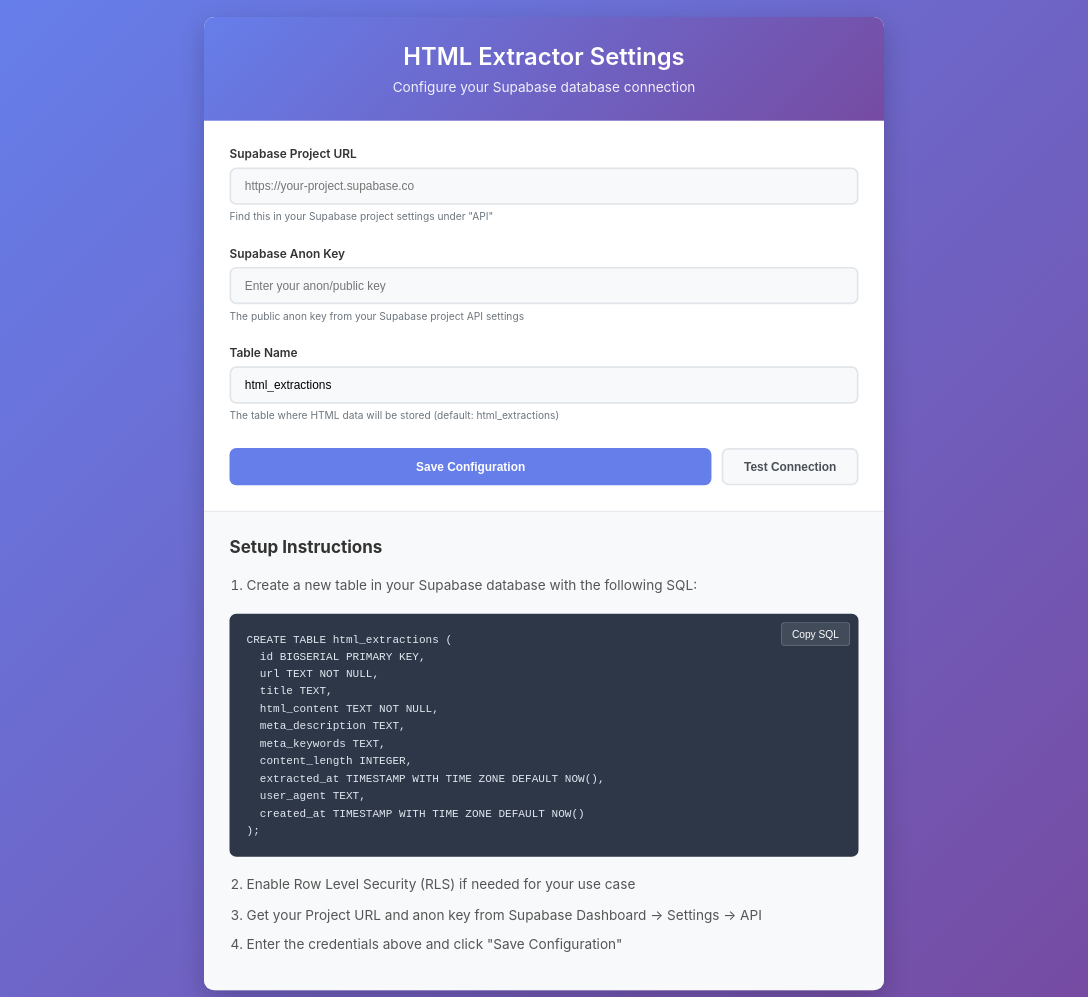
Repository: armanisadeghi/matrx-chrome
Page: options/options.html
The author's editor kept a copy of each file at every save. The page is drawn from the files as they stood at one save, then again after the next save.
The browser window is 1280 px wide. The pictures show the whole page, at 85% of full size.

Above is the page before, as saved 2025-05-30 23:40:04.

After the next save:
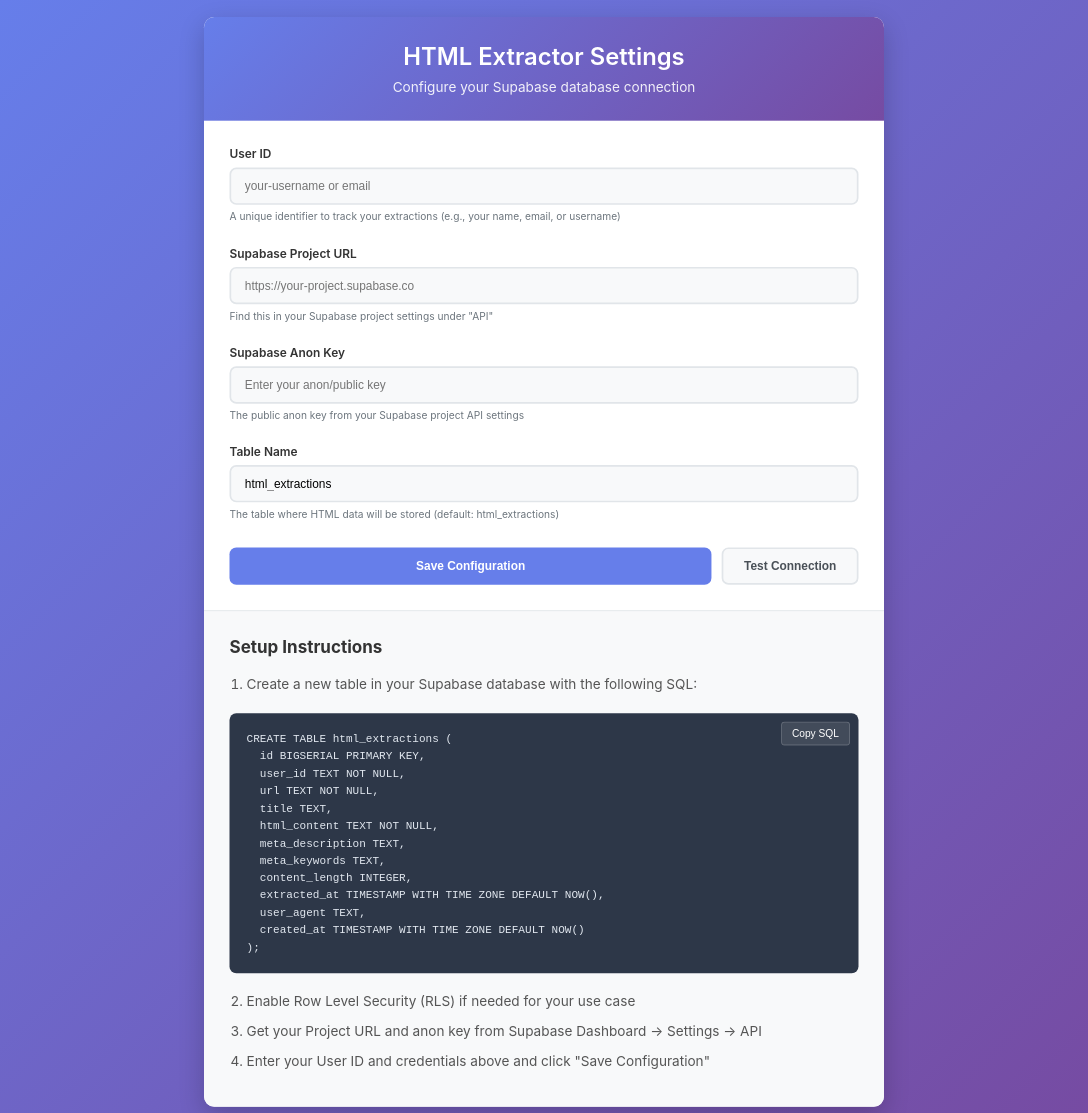
Saved 2 min 52 s later.
--- a/options/options.html
+++ b/options/options.html
@@ -14,6 +14,19 @@
         </div>
 
         <form id="settingsForm" class="settings-form">
+            <div class="form-group">
+                <label for="userId">User ID</label>
+                <input
+                    type="text"
+                    id="userId"
+                    placeholder="your-username or email"
+                    required
+                >
+                <small class="help-text">
+                    A unique identifier to track your extractions (e.g., your name, email, or username)
+                </small>
+            </div>
+
             <div class="form-group">
                 <label for="supabaseUrl">Supabase Project URL</label>
                 <input
@@ -72,6 +85,7 @@
             <div class="code-block">
                 <pre><code>CREATE TABLE html_extractions (
   id BIGSERIAL PRIMARY KEY,
+  user_id TEXT NOT NULL,
   url TEXT NOT NULL,
   title TEXT,
   html_content TEXT NOT NULL,
@@ -88,7 +102,7 @@
             <ol start="2">
                 <li>Enable Row Level Security (RLS) if needed for your use case</li>
                 <li>Get your Project URL and anon key from Supabase Dashboard → Settings → API</li>
-                <li>Enter the credentials above and click "Save Configuration"</li>
+                <li>Enter your User ID and credentials above and click "Save Configuration"</li>
             </ol>
         </div>
     </div>
